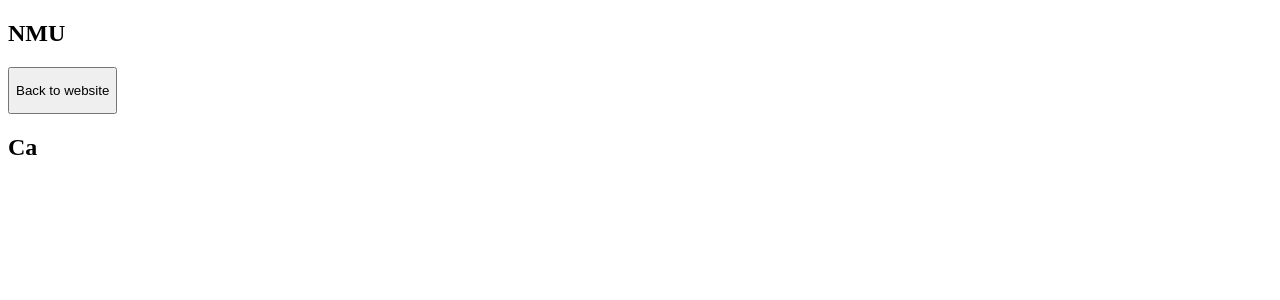
Repository: KolawoleTemilade/classroom-learning
Page: createAccountForm/index.html
These files come from the project's save history. The page is drawn as it stood at one moment and after a run of saves; the edit follows.
The browser window is 1280 px wide. The pictures show the whole page.

Above is the page before, as saved 2025-09-27 01:30:18.

After the next 4 saves:
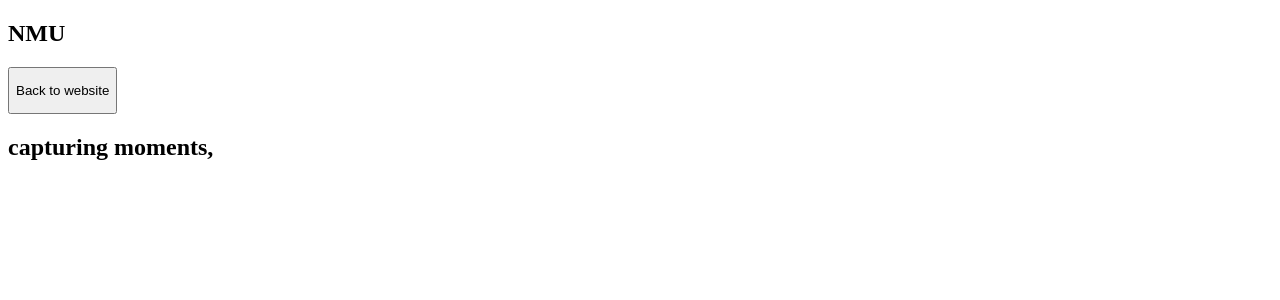
The 4 saves are shown as one change because they came seconds apart.
The last was saved 13 s later.
--- a/createAccountForm/index.html
+++ b/createAccountForm/index.html
@@ -15,7 +15,7 @@
       </header>
       <div class="carousels">
            <div>
-        <h2>Ca</h2>
+        <h2>capturing moments, <br></h2>
            </div>
       </div>
     </section>
